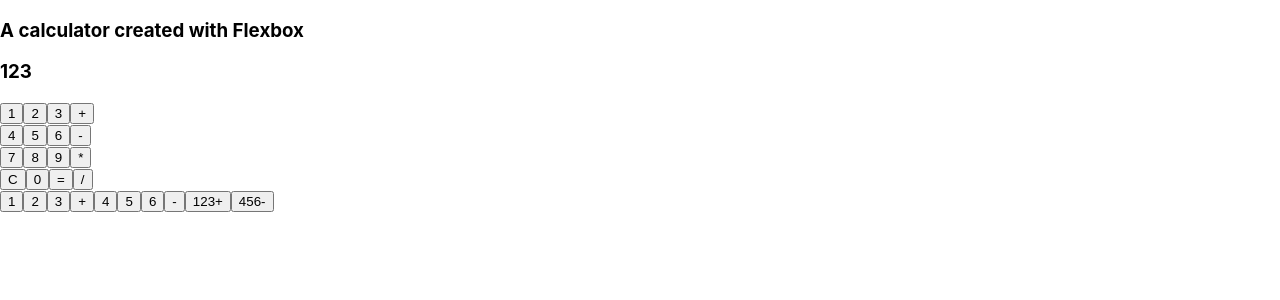
Repository: qudos4real/calculator
Page: /
An editor plug-in stored every save of this project. The page is shown before and after the next save, followed by the edit.
The browser window is 1280 px wide. The pictures show the whole page.
The project was rebuilt for these pictures with package versions that can differ from the ones it lists, and the page was loaded fresh each time.

Above is the page before, as saved 2022-10-08 19:17:02.

After the next save:
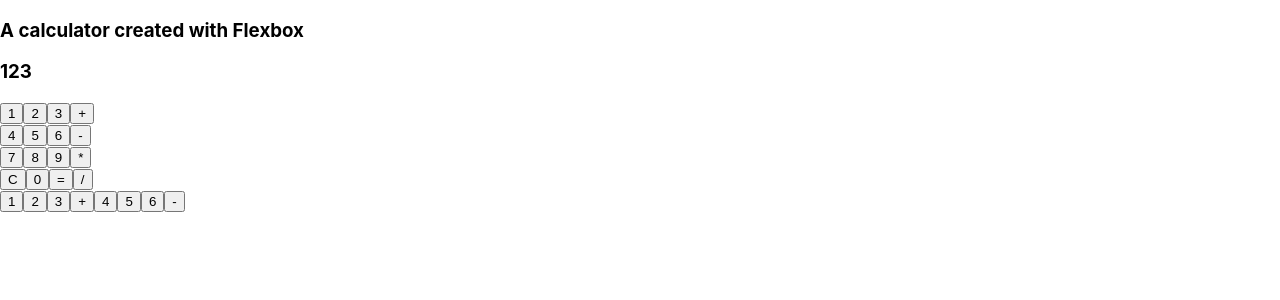
Saved 46 s later.
--- a/src/components/Buttons.js
+++ b/src/components/Buttons.js
@@ -16,14 +16,14 @@ function Buttons() {
                 )
             })}
 
-            {numbers.map((num) => {
+            {/* {numbers.map((num) => {
                 return (
                     <button key={num} className="num" value={num} onClick={() => {
                         console.log(`${num} clicked`)
                     }
                     } >{num}</button>
                 )
-            })}
+            })} */}
         </div>
     )
 }
